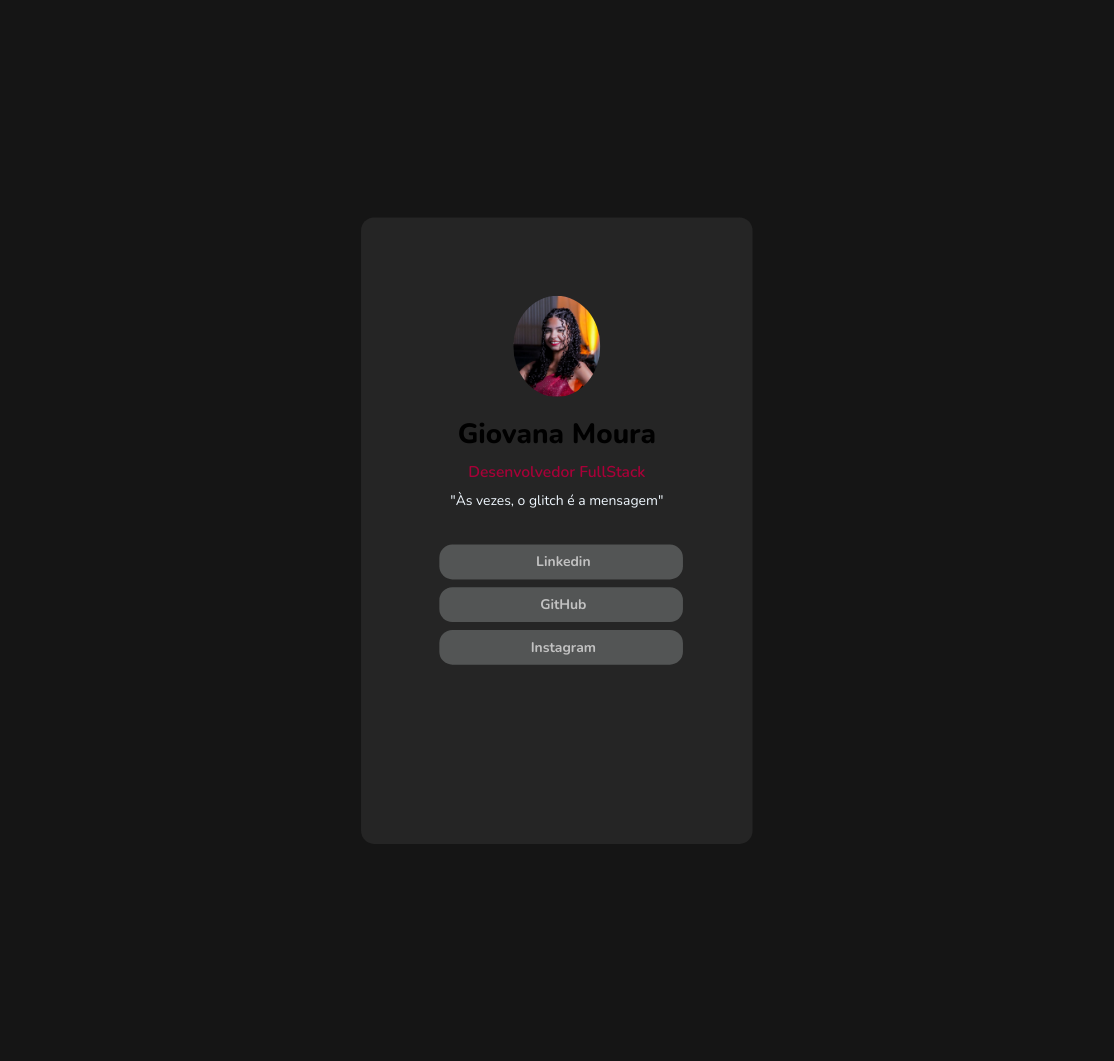
Repository: gimoli/linktree-giovana
Page: index.html
These files come from the project's save history. The page is drawn as it stood at one moment and after the next save; the edit follows.
The browser window is 1280 px wide. The pictures show the whole page, at 87% of full size.
Some icons come from a web library that is not loaded, so they are not drawn.

Above is the page before, as saved 2025-04-11 11:16:50.

### index.html
<!DOCTYPE html>
<html lang="en">
<head>
    <meta charset="UTF-8">
    <meta name="viewport" content="width=device-width, initial-scale=1.0">
    <title>linktree Giovana</title>
    <link rel="stylesheet" href="style.css">
    <link rel="preconnect" href="https://fonts.googleapis.com">
<link rel="preconnect" href="https://fonts.gstatic.com" crossorigin>
<link href="https://fonts.googleapis.com/css2?family=Nunito:ital,wght@0,200..1000;1,200..1000&display=swap" rel="stylesheet">
<link rel="stylesheet" type='text/css' href="https://fontawesome.com/icons/instagram?f=classic&s=brands" />

</head>
<body>
    <div class="container-main">
        <div class="container-imagem">
            <img src="./image-profile.jfif" alt="foto perfil"/>
        </div>
        <div class="container-infos">
            <h1>Giovana Moura</h1>
            <h3>Desenvolvedor FullStack</h3>
        </div>
        <div class="container-easter-egg">
            <p>"Às vezes, o glitch é a mensagem"</p>
        </div>
        <div class="container-social">
            <ul>
                <a href="https://www.linkedin.com/in/giovana-moura-3543032bb/" target="_blank" class="botao-linktree-1">
                     <li>

                        <i class="fa-brands fa-linkedin"></i>

                         <p>Linkedin</p>
                    </li>
                </a>

                <a href="https://github.com/gimoli" target="_blank" class="botao-linktree-2">
                     <li>
                        <i class="fa-brands fa-github"></i>
                        <p>GitHub</p>
                    </li>
                </a>
                <a href="https://www.instagram.com/gimoli_n?igsh=cTNvNDJ0M3owb3Vs&utm_source=qr" target="_blank" class="botao-linktree-3">
                     <li>
                        <i class="fa-brands fa-instagram"></i>
                        <p>Instagram</p>
                    </li>
                </a>
            </ul>
        </div>
    </div>
</body>
</html>

### style.css
*{
    font-family: "Nunito", sans-serif;
    margin: 0;
    padding: 0;
    box-sizing: border-box;
}

body {
    background-color: rgb(21, 21, 21);
}

.container-main {
    background-color: rgb(37, 37, 37);
    width: 450px;
    height: 720px;
    box-sizing: border-box;
    margin: 250px auto;
    padding: 90px;
    border-radius: 15px;
    text-align: center;
}

.container-imagem img{
    margin: 0 60px;
    width: 100px;
    border-radius: 100%;
}

.container-infos {
    margin-top: 15px;
    margin-bottom: 10px;
}

.container-infos h1 {
    font-weight: 800;
}

.container-infos h3{
  color: #a80038;
    margin-top: 10px;
    margin-bottom: px;
    font-weight: 600;
    font-size: 18px;
}

.container-easter-egg {
    margin-bottom: 15px;
    color: aliceblue;
}

.container-social ul{
    list-style-type: none;
}

.container-social a{
    text-decoration: none;
    color: rgb(194, 194, 194);
}

.container-social{
  margin-top: 40px;
}

.container-social li {
  display: flex;
  justify-content: center;
  gap: 5px;
  align-items: center;
  width: 280px;
  height: 40px;
  background-color: rgb(83, 85, 85);
  margin: 9px 0;
  border-radius: 15px;
  font-weight: 700;
  transition-duration: 0.6s;

  &:hover{
    background-color: #a80038;
    transform: scale(1.1);
  }
}

After the next save:
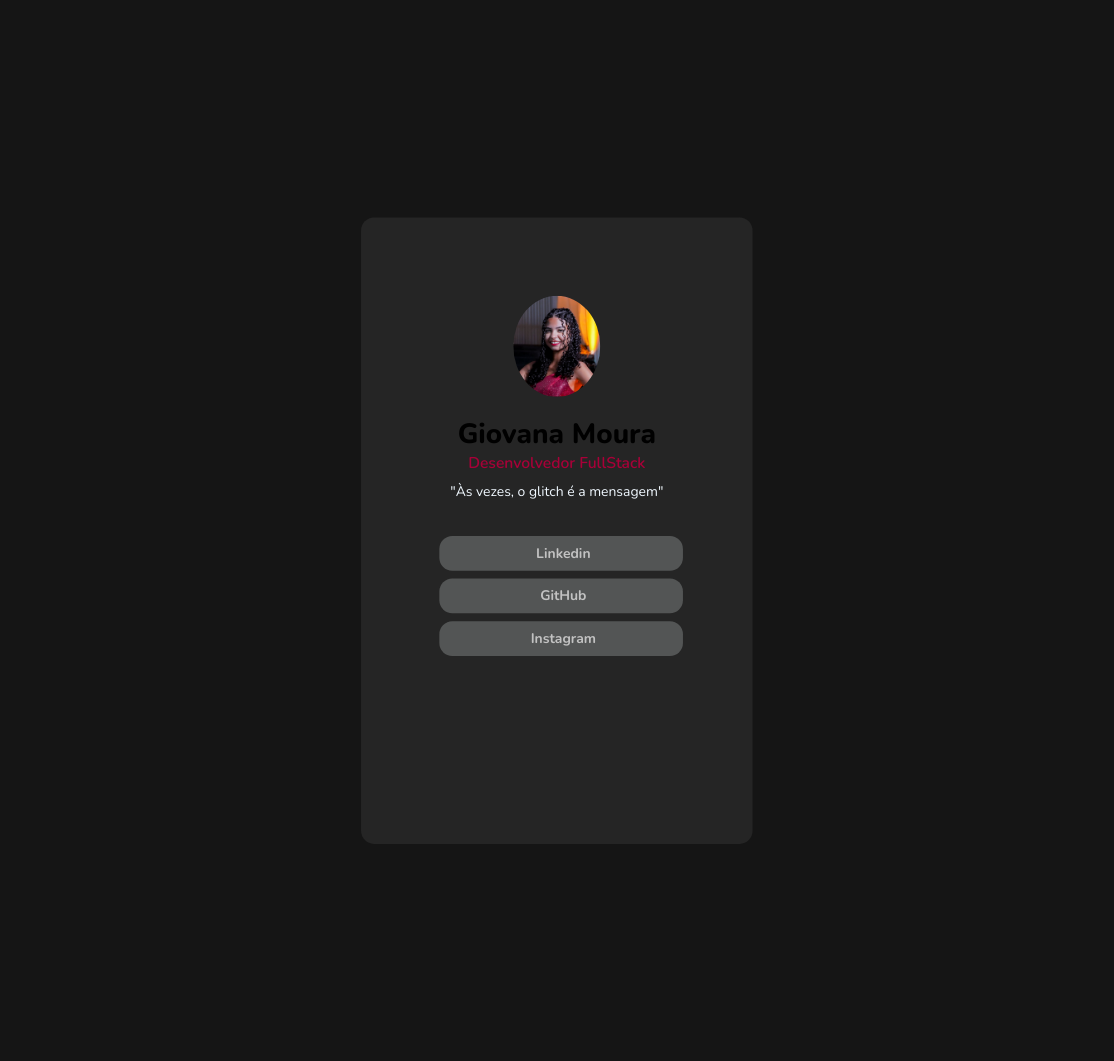
Saved 4 min 35 s later.
--- a/style.css
+++ b/style.css
@@ -37,8 +37,7 @@ body {
 
 .container-infos h3{
   color: #a80038;
-    margin-top: 10px;
-    margin-bottom: px;
+
     font-weight: 600;
     font-size: 18px;
 }
